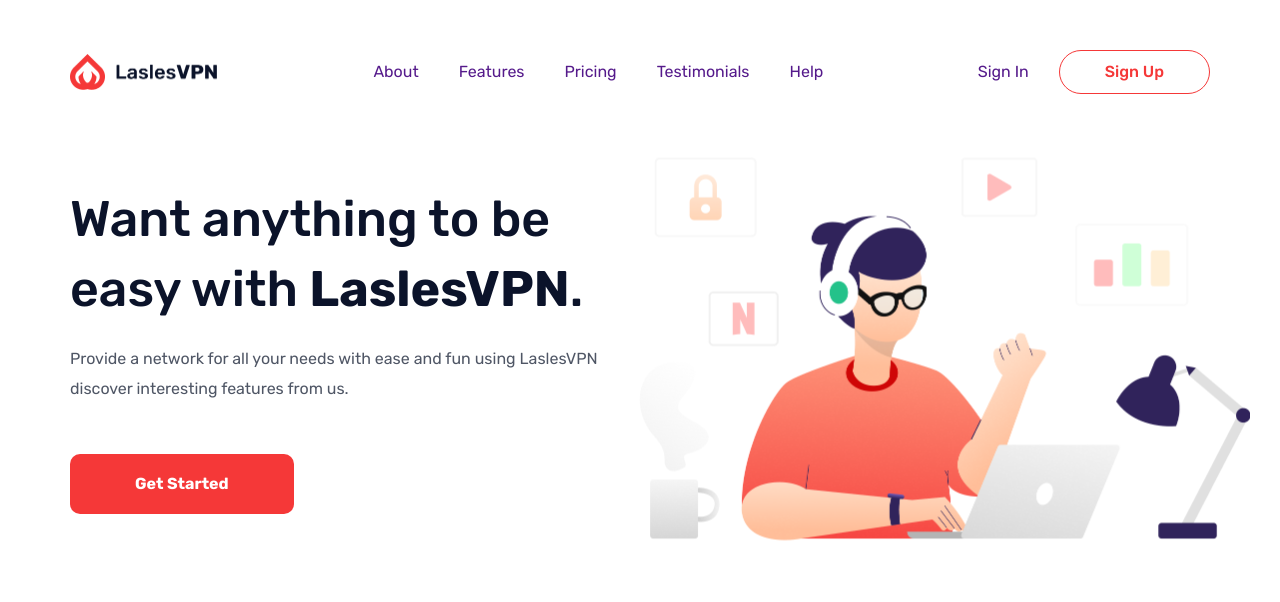
Repository: dangpham205/LaslesVPN-Landing-Page
Page: index.html
An editor plug-in stored every save of this project. The page is shown before and after the next save, followed by the edit.
The browser window is 1280 px wide. The pictures show the whole page.

Above is the page before, as saved 2022-07-19 20:20:37.

### index.html
<!DOCTYPE html>
<html lang="en">
<head>
    <meta charset="UTF-8">
    <meta http-equiv="X-UA-Compatible" content="IE=edge">
    <meta name="viewport" content="width=device-width, initial-scale=1.0">
    <title>Lasles</title>
    <link rel="preconnect" href="https://fonts.googleapis.com" />
    <link rel="preconnect" href="https://fonts.gstatic.com" crossorigin />
    <link
      href="https://fonts.googleapis.com/css2?family=Rubik:wght@400;500;700&display=swap"
      rel="stylesheet"
    />
    <link rel="stylesheet" href="./assets/css/style.css">
</head>
<body>
    <div class="wrapper">

        <!-- Menu -->
        <header class="menu">
            <div class="container">
                <div class="menu__container">
                    <img srcset="./assets/img/logo.png 2x" alt="" class="menu__logo" />
                    <div class="menu__list">
                        <div class="menu__item">
                            <a href="" class="menu__item-link">About</a>
                        </div>
                        <div class="menu__item">
                            <a href="" class="menu__item-link">Features</a>
                        </div>
                        <div class="menu__item">
                            <a href="" class="menu__item-link">Pricing</a>
                        </div>
                        <div class="menu__item">
                            <a href="" class="menu__item-link">Testimonials</a>
                        </div>
                        <div class="menu__item">
                            <a href="" class="menu__item-link">Help</a>
                        </div>
                    </div>
                    <div class="menu__buttons">
                        <a href="" class="menu__button--sign-in">Sign In</a>
                        <a href="" class="button button--outline menu__button--sign-up">Sign Up</a>
                    </div>
                </div>
            </div>
        </header>

        <main>
            <section class="hero">
                <div class="container">
                    <div class="hero__container">
                        <div class="hero__content">
                            <h1 class="hero__title">Want anything to be easy with <strong>LaslesVPN</strong>.</h1>
                            <p class="hero__desc text">Provide a network for all your needs with ease and fun using LaslesVPN discover interesting features from us.</p>
                            <a href="" class="button button--primary button--rounded">Get Started</a>
                        </div>
                        <div class="hero__image">
                            <img srcset="./assets/img/hero.png 2x" alt="">
                        </div>
                    </div>
                </div>
            </section>
        </main>

    </div>
</body>
</html>

### assets/css/style.css
html {
  box-sizing: border-box;
}

* {
  margin: 0;
  padding: 0;
}

*,
*:before,
*:after {
  box-sizing: border-box;
}

input,
textarea,
select,
button {
  outline: none;
}

input {
  line-height: normal;
}

label,
button {
  cursor: pointer;
}

a {
  text-decoration: none;
}

img {
  display: block;
  max-width: 100%;
}

ul {
  list-style: none;
}

body {
  line-height: 1;
  font-family: "Rubik", sans-serif;
  color: #4f5665;
  font-weight: 400;
  background-color: white;
}

button {
  cursor: pointer;
  outline: none;
  border: none;
  font-family: "Rubik", sans-serif;
}

.wrapper {
  max-width: 100%;
  margin: 0 auto;
}

.container {
  max-width: 1140px;
  margin: 0 auto;
}

.button {
  display: inline-block;
  padding: 13px 45px;
  border-radius: 100rem;
  font-family: "Rubik", sans-serif;
  line-height: 1;
  font-size: 16px;
  cursor: pointer;
  border: none;
  outline: none;
  text-align: center;
  white-space: nowrap;
}
.button--primary {
  font-weight: 700;
  background-color: #f53838;
  color: white;
}
.button--outline {
  background-color: transparent;
  color: #f53838;
  font-weight: 500;
  border: 1px solid;
}
.button--rounded {
  border-radius: 10px;
  padding: 22px 65px;
}
.button--rectangle {
  border-radius: 10px;
  min-width: 250px;
}
.button--shadow {
  position: relative;
}
.button--shadow:after {
  content: "";
  position: absolute;
  top: 0;
  left: 50%;
  width: 90%;
  height: 100%;
  transform: translate(-50%, 50%);
  background-color: rgba(245, 56, 56, 0.35);
  filter: blur(20px);
  border-radius: inherit;
  z-index: -1;
}

.boxed {
  max-width: 555px;
  margin-left: auto;
  margin-right: auto;
  text-align: center;
}

@media screen and (max-width: 767px) {
  .button {
    padding: 13px 26px;
  }
  .container {
    padding: 0 20px;
  }
}
@media screen and (max-width: 1024px) {
  .container {
    padding: 0 40px;
  }
}
h1,
h2,
h3,
h4,
h5,
h6 {
  color: #0b132a;
  font-weight: bold;
}

.heading {
  font-weight: 500;
  font-size: 35px;
  line-height: 1.4285714286;
  margin-bottom: 20px;
}

.heading-small {
  font-weight: 500;
  font-size: 18px;
  margin-bottom: 5px;
  line-height: 1.6666666667;
}

.text {
  line-height: 1.875;
}

.text-medium {
  font-weight: 500;
}

.text-small {
  font-size: 14px;
  line-height: 2.1428571429;
}

@media screen and (max-width: 767px) {
  .heading {
    font-size: 30px;
  }
}
.menu {
  padding-top: 50px;
  padding-bottom: 90px;
}
.menu__container {
  display: flex;
  justify-content: space-between;
  align-items: center;
}
.menu__list {
  display: flex;
}
.menu__item + .menu__item {
  margin-left: 40px;
}
.menu__buttons {
  display: flex;
  align-items: center;
}
.menu__button--sign-in {
  margin-right: 30px;
}

@media screen and (max-width: 1023.98px) {
  .menu__list {
    display: none;
  }
}
.hero {
  padding-bottom: 100px;
}
.hero__container {
  display: flex;
  justify-content: space-between;
  align-items: center;
  gap: 0 40px;
  position: relative;
}
.hero__content {
  max-width: 555px;
  width: 100%;
  margin-right: 40px;
}
.hero__title {
  font-weight: 500;
  font-size: 50px;
  line-height: 1.4;
  color: #0b132a;
}
.hero__desc {
  margin: 20px 0 50px 0;
}
.hero__image {
  position: absolute;
  right: 0;
  top: 50%;
  transform: translate(40px, -50%);
}

.info {
  margin-bottom: 95px;
}
.info__container {
  display: grid;
  grid-template-columns: repeat(3, 1fr);
  border-radius: 10px;
  min-height: 200px;
  box-shadow: 0 30px 50px 20px rgba(13, 16, 37, 0.05);
}
.info__item {
  display: flex;
  justify-content: center;
  align-items: center;
  position: relative;
}
.info__item:nth-child(2)::after {
  content: "";
  position: absolute;
  height: 126px;
  border-left: 2px solid #EEEFF2;
  left: 0;
}
.info__item:nth-child(2)::before {
  content: "";
  position: absolute;
  height: 126px;
  border-left: 2px solid #EEEFF2;
  right: 0;
}
.info__item-text {
  margin-left: 36px;
}
.info__item-title {
  margin-bottom: 5px;
  font-size: 25px;
  font-weight: 700;
  line-height: 1.2;
}
.info__item-desc {
  font-size: 20px;
  font-weight: 400;
  line-height: 1.5;
}

.feature {
  padding-bottom: 130px;
}
.feature__container {
  display: flex;
  justify-content: space-between;
  align-items: flex-end;
  gap: 0 170px;
}
.feature__title {
  max-width: 380px;
}
.feature__desc {
  max-width: 430px;
  margin-bottom: 20px;
}
.feature__list {
  display: flex;
  flex-direction: column;
  gap: 21px;
}
.feature__item {
  display: flex;
}
.feature__item-icon {
  margin-right: 10px;
}
.feature__item-text {
  line-height: 30px;
}

.plan {
  padding: 80px 0 150px 0;
  background-color: #f8f8f8;
}
.plan__header {
  display: flex;
  flex-direction: column;
  align-items: center;
  justify-content: center;
}
.plan__desc {
  max-width: 555px;
  text-align: center;
  margin-bottom: 60px;
}
.plan__list {
  display: grid;
  grid-template-columns: repeat(3, 1fr);
  gap: 0 50px;
}
.plan__item {
  display: flex;
  flex-direction: column;
  justify-content: center;
  align-items: center;
  background-color: white;
  padding: 80px 70px 50px;
  border-radius: 10px;
  border: 2px solid #DDDDDD;
}
.plan__item-image {
  margin-bottom: 30px;
  margin-left: auto;
  margin-right: auto;
}
.plan__item-title {
  margin-bottom: 30px;
}
.plan__item-details {
  margin-bottom: 50px;
  display: flex;
  flex-direction: column;
  gap: 10px 0;
}
.plan__item-detail {
  display: flex;
  gap: 0 25px;
  font-weight: 400;
  font-size: 14px;
  line-height: 30px;
  align-items: center;
}
.plan__item-price {
  margin-top: auto;
  margin-bottom: 20px;
}
.plan__item--active, .plan__item:hover {
  border-color: #f53838;
}
.plan__item--active .plan__item-btn, .plan__item:hover .plan__item-btn {
  background-color: #f53838;
  color: white;
}

.location {
  background-color: #f8f8f8;
  padding-bottom: 50px;
}
.location__container {
  display: flex;
  flex-direction: column;
  align-items: center;
  text-align: center;
}
.location__title {
  max-width: 380px;
}
.location__desc {
  max-width: 555px;
  margin-bottom: 150px;
}
.location__partners {
  display: flex;
  align-items: center;
  justify-content: center;
  gap: 0 30px;
}

.comment {
  background-color: #f8f8f8;
  padding-bottom: 260px;
}
.comment__container {
  display: flex;
  flex-direction: column;
  align-items: center;
  text-align: center;
}
.comment__title {
  max-width: 445px;
}
.comment__desc {
  max-width: 555px;
  margin-bottom: 60px;
}
.comment .customer-list {
  display: grid;
  grid-template-columns: repeat(3, 1fr);
  gap: 0 50px;
}
.comment .customer-item {
  border: 2px solid #ddd;
  border-radius: 10px;
  padding: 30px;
  margin: 0 25px;
}
.comment .customer-item.slick-current.slick-active {
  border-color: #f53838;
}
.comment .customer-top {
  margin-bottom: 20px;
  display: flex;
  justify-content: space-between;
  align-items: center;
  gap: 0 110px;
}
.comment .customer-info {
  display: flex;
  align-items: center;
  gap: 0 20px;
}
.comment .customer-avatar {
  width: 50px;
  height: 50px;
}
.comment .customer-avatar img {
  width: 100%;
  height: 100%;
  object-fit: cover;
  border-radius: 100rem;
}
.comment .customer-name {
  line-height: 1.6666666667;
  margin-bottom: 5;
}
.comment .customer-address {
  line-height: 1;
  text-align: start;
}
.comment .customer-rating {
  display: flex;
  align-items: center;
  gap: 0 10px;
}
.comment .customer .slick-track {
  display: flex;
  padding-bottom: 60px;
}
.comment .customer .slick-arrow {
  width: 60px;
  height: 60px;
  border-radius: 100rem;
  display: flex !important;
  justify-content: center;
  align-items: center;
  position: absolute;
  bottom: 0;
  transform: translateY(50%);
  z-index: 10;
}
.comment .customer .slick-prev {
  border: 1px solid #f53838;
  background-color: transparent;
  right: 80px;
}
.comment .customer .slick-next {
  background-color: #f53838;
  right: 0;
}
.comment .customer .slick-dots {
  list-style-type: none;
  display: flex;
  align-items: center;
  gap: 0 15px;
  transform: translateY(50%);
}
.comment .customer .slick-dots button {
  font-size: 0;
  background-color: #dde0e4;
  width: 15px;
  height: 15px;
  border-radius: 100rem;
  transition: all 0.2s linear;
}
.comment .customer .slick-dots .slick-active button {
  background-color: #f53838;
  width: 45px;
}

.subscribe {
  background-color: #dde0e4;
}
.subscribe__container {
  position: relative;
  transform: translateY(-50%);
  margin-bottom: -140px;
  display: flex;
  justify-content: space-between;
  align-items: center;
  padding: 58.5px 70px;
  border-radius: 10px;
  background-color: white;
}
.subscribe__title {
  max-width: 370px;
  font-size: 35px;
  line-height: 45px;
  font-weight: 500;
  color: #0b132a;
}
.subscribe__desc {
  line-height: 1;
}

footer {
  padding-top: 70px;
  padding-bottom: 100px;
  background-color: #dde0e4;
}

.footer__container {
  display: flex;
  justify-content: space-between;
  gap: 0 230px;
}
.footer__desc {
  width: 340px;
  line-height: 1.875;
  margin: 20px 0 30px 0;
}
.footer__copyright {
  color: #AFB5C0;
  font-weight: 500;
}
.footer__contacts {
  display: flex;
}
.footer__menu {
  display: flex;
  gap: 0 126px;
}
.footer__category {
  display: flex;
  flex-direction: column;
  gap: 10px 0;
}
.footer__category-title {
  font-size: 18px;
  margin-bottom: 10px;
  line-height: 1.6666666667;
}
.footer__category-option {
  width: max-content;
  font-size: 16px;
  line-height: 1.875;
}

/*# sourceMappingURL=style.css.map */

After the next save:
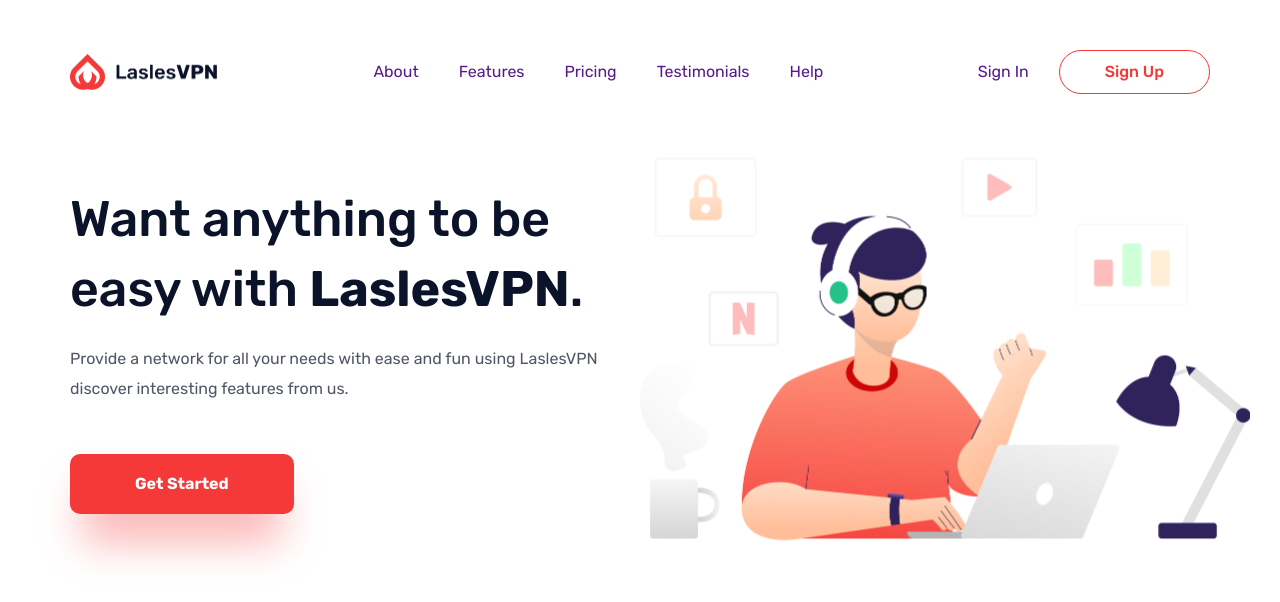
Saved 109 s later.
--- a/index.html
+++ b/index.html
@@ -53,7 +53,7 @@
                         <div class="hero__content">
                             <h1 class="hero__title">Want anything to be easy with <strong>LaslesVPN</strong>.</h1>
                             <p class="hero__desc text">Provide a network for all your needs with ease and fun using LaslesVPN discover interesting features from us.</p>
-                            <a href="" class="button button--primary button--rounded">Get Started</a>
+                            <a href="" class="button button--primary button--rounded button--shadow">Get Started</a>
                         </div>
                         <div class="hero__image">
                             <img srcset="./assets/img/hero.png 2x" alt="">
